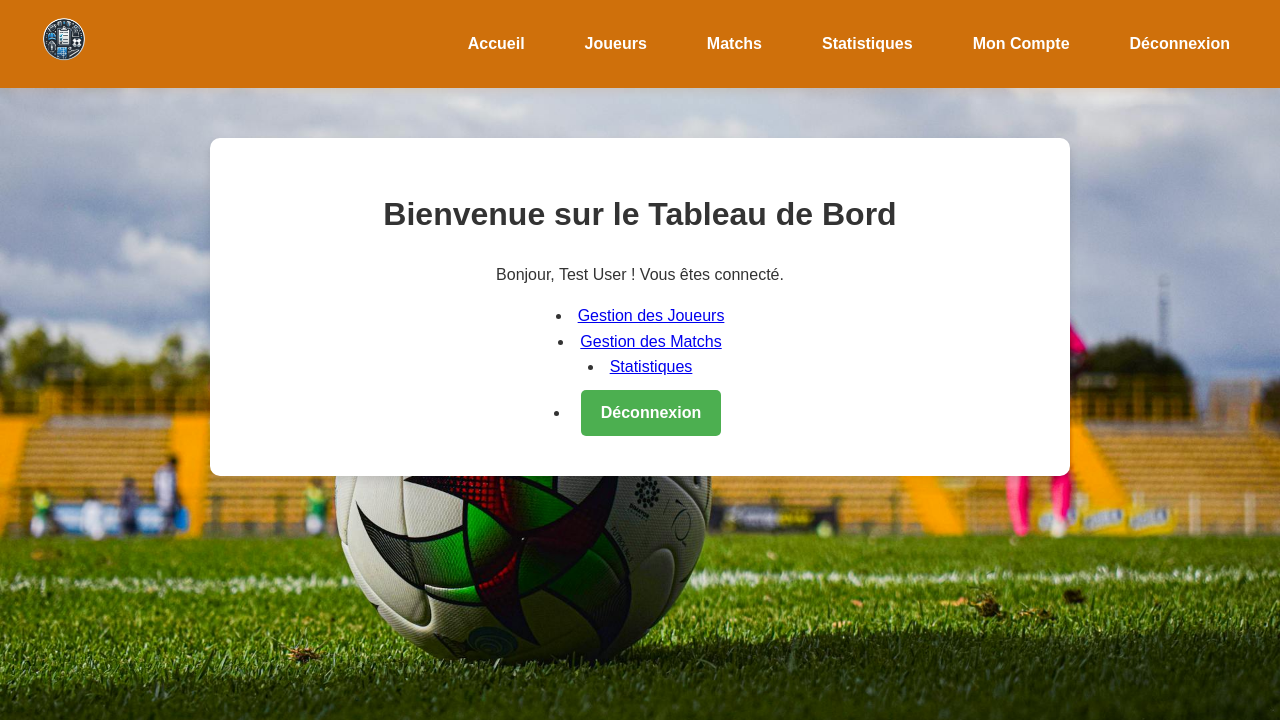
Repository: iisloomx/R401_MiniProjet
Page: http://localhost/views/dashboard.php
An editor plug-in stored every save of this project. The page is shown before and after the next save, followed by the edit.
The browser window is 1280 px wide. The pictures show the whole page.
The page is run by PHP 8.4 with error messages shown; the project is at /var/www/html/. The session is filled in as if someone had signed in: {"id_utilisateur": 1, "utilisateur": "Test User"}. Other server files are loaded and not shown.

Above is the page before, as saved 2025-01-19 04:25:39.

### views/dashboard.php
<?php
session_start(); // Démarrez la session au début du fichier

if (!isset($_SESSION['utilisateur'])) {
    header("Location: connexion.php");
    exit();
}

include 'header.php';
?>

<!DOCTYPE html>
<html lang="fr">

<head>
    <meta charset="UTF-8">
    <title>Tableau de Bord</title>
    <link rel="stylesheet" href="css/style.css">
</head>

<body>
    <div class="table-container">
        <div class="dashboard-container">
            <h1>Bienvenue sur le Tableau de Bord</h1>
            <?php if (isset($_SESSION['utilisateur'])) : ?>
                <p>Bonjour, <?= htmlspecialchars($_SESSION['utilisateur']); ?> ! Vous êtes connecté.</p>
            <?php else : ?>
                <p>Erreur : Utilisateur non connecté.</p>
            <?php endif; ?>


                    <li><a href="../controllers/JoueursController.php?action=liste">Gestion des Joueurs</a></li>
                    <li><a href="../controllers/MatchsController.php?action=liste">Gestion des Matchs</a></li>
                    <li><a href="../controllers/StatistiquesController.php?action=index">Statistiques</a></li> <!-- Nouveau bouton -->
                    <li><a href="../controllers/DeconnexionController.php" class="btn btn-add">Déconnexion</a></li>

        </div>
    </div>
</body>

</html>

<?php include 'footer.php'; ?>

### views/header.php
<!DOCTYPE html>
<html lang="fr">
<head>
    <meta charset="UTF-8">
    <title>Tableau de Bord</title>
    <link rel="stylesheet" href="/MiniprojetR3.01/views/css/style.css">

</head>
<body>
    <header class="main-header">
        <div class="logo">
            <a href="/MiniprojetR3.01/views/dashboard.php"><img src="../img/logo.PNG" alt="Logo" /></a>
        </div>

        <nav class="nav-links">
            <a href="/MiniprojetR3.01/views/dashboard.php">Accueil</a>
            <?php if (isset($_SESSION['utilisateur'])) : ?>

                    <a href="../controllers/JoueursController.php?action=liste">Joueurs</a>
                    <a href="../controllers/MatchsController.php?action=liste  ">Matchs</a>
                    <a href="../controllers/StatistiquesController.php?action=index">Statistiques</a>

                <a href="/MiniprojetR3.01/views/mon_compte.php" class="btn-account">Mon Compte</a>
                <a href="/MiniprojetR3.01/controllers/DeconnexionController.php" class="btn-logout">Déconnexion</a>
            <?php endif; ?>
        </nav>
    </header>
</body>
</html>

### views/css/style.css
/* Global Styles */
body {
    background: url('../img/BGROUND.jpg') no-repeat center center fixed;
    background-size: cover;
    font-family: Arial, sans-serif;
    margin: 0;
    padding: 0;
    line-height: 1.6;
    color: #333;
}

/* Header Styles */
.main-header {
    display: flex;
    align-items: center;
    justify-content: space-between;
    background-color: #cf700b;
    padding: 15px 30px;
    color: #fff;
    box-shadow: 0 4px 8px rgba(216, 117, 12, 0.1);
    position: sticky;
    top: 0;
    z-index: 1000;
}

.dropdown {
    position: relative;
    display: inline-block;
}

.dropdown-content {
    display: none;
    position: absolute;
    background-color: #f9f9f9;
    min-width: 160px;
    box-shadow: 0px 8px 16px 0px rgba(0,0,0,0.2);
    z-index: 1;
}

.dropdown-content a {
    color: black;
    padding: 12px 16px;
    text-decoration: none;
    display: block;
}



.logo img {
    height: 50px;
}

.nav-links {
    display: flex;
    align-items: center;
}

.nav-links a {
    color: #fff;
    text-decoration: none;
    font-weight: bold;
    margin-left: 20px;
    padding: 10px 20px;
    border-radius: 5px;
    transition: background-color 0.3s ease, color 0.3s ease, transform 0.2s ease;
}

.nav-links a:hover {
    background-color: #f4a261;
    color: #333;
    transform: scale(1.05);
}

.table-container {
    max-width: 800px;
    margin: 50px auto;
    background-color: #fff;
    padding: 30px;
    border-radius: 10px;
    box-shadow: 0 4px 8px rgba(0,0,0,0.1);
    text-align: center;
}

/* Container Styles */
.container {
    max-width: 800px;
    margin: 50px auto;
    padding: 30px;
    background-color: #fff;
    border-radius: 10px;
    box-shadow: 0 4px 8px rgba(0, 0, 0, 0.1);
    text-align: center;
}

/* Page Titles */
.container h1 {
    font-size: 32px;
    color: #333;
    margin-bottom: 20px;
}

/* --- AJOUT : Style du bouton "Ajouter un Match" --- */
.btn-add-match {
    display: inline-block;
    background-color: #4CAF50;
    color: #fff;
    font-weight: bold;
    text-decoration: none;
    padding: 10px 20px;
    border-radius: 5px;
    margin: 0 auto 20px auto;
    transition: background-color 0.3s ease, transform 0.2s ease;
}

.btn-add-match:hover {
    background-color: #45a049;
    transform: scale(1.05);
}

/* Pour forcer la couleur même si lien "visité" */
.btn-add-match:visited {
    color: #fff;
}

/* Forms */
form {
    width: 100%;
    max-width: 500px;
    margin: 0 auto;
    text-align: left;
}

form label {
    font-size: 16px;
    font-weight: bold;
    color: #555;
    display: block;
    margin-bottom: 5px;
}

form input[type="text"],
form input[type="number"],
form input[type="date"],
form input[type="password"],
form select {
    width: 100%;
    padding: 10px;
    margin-bottom: 20px;
    border: 1px solid #ccc;
    border-radius: 5px;
    font-size: 16px;
    transition: border-color 0.3s ease, box-shadow 0.3s ease;
}

form input[type="text"]:focus,
form input[type="number"]:focus,
form input[type="date"]:focus,
form input[type="password"]:focus {
    border-color: #4CAF50;
    box-shadow: 0 0 8px rgba(76, 175, 80, 0.5);
    outline: none;
}

form button {
    width: 100%;
    padding: 15px;
    background-color: #4CAF50;
    border: none;
    border-radius: 5px;
    color: white;
    font-size: 18px;
    font-weight: bold;
    cursor: pointer;
    transition: background-color 0.3s ease, transform 0.2s ease;
}

form button:hover {
    background-color: #45a049;
    transform: scale(1.05);
}


/* Table Styles */
.styled-table {
    width: 100%;
    border-collapse: collapse;
    margin-top: 20px;
    font-size: 16px;
    text-align: left; /* Changed from center to left */
    table-layout: fixed; /* Added to fix table layout */
}

.styled-table th,
.styled-table td {
    padding: 15px;
    border: 1px solid #ddd;
    word-wrap: break-word;
    white-space: normal;
}

.styled-table th {
    background-color: #f4a261;
    color: white;
    font-weight: bold;
}

.styled-table tr:nth-child(even) {
    background-color: #f9f9f9;
}

.styled-table tr:hover {
    background-color: #f1f1f1;
}

/* Links in Table */
.styled-table a {
    text-decoration: none;
    font-weight: bold;
    color: #fff;
    padding: 5px 10px;
    border-radius: 5px;
    transition: background-color 0.3s ease, color 0.3s ease, transform 0.2s ease;
}

.styled-table a:hover {
    background-color: #4CAF50;
    color: white;
    transform: scale(1.05);
}

/* Buttons for Add/Edit/Delete */
.btn {
    display: inline-block;
    padding: 10px 20px;
    font-size: 16px;
    font-weight: bold;
    color: white;
    text-decoration: none;
    border-radius: 5px;
    margin: 10px 5px;
    transition: background-color 0.3s ease, transform 0.2s ease;
}

.btn:hover {
    transform: scale(1.05);
}

.btn-add {
    background-color: #4CAF50; /* Green */
}

.btn-add:hover {
    background-color: #45a049;
}

.btn-add-commentaire {
    background-color: #4CAF50; /* Green */
}

.btn-add-commentaire:hover {
    background-color: #45a049;
}

.btn-add-joueur {
    background-color: #4CAF50; /* Green */
}

.btn-add-joueur:hover {
    background-color: #45a049;

.btn-feuille {
    background-color: #d6d65b; /* Green */
}

.btn-feuille:hover {
    background-color: #b2b24e; /* Green */
}

.btn-edit {
    background-color: #3498db; /* Blue */
}

.btn-edit:hover {
    background-color: #2980b9;
}

.btn-delete {
    background-color: #e74c3c; /* Red */
}

.btn-delete:hover .btn-deco {
    background-color: #c0392b;
}

.btn-back {
    background-color: #9b59b6; /* Purple */
}

.btn-back:hover {
    background-color: #8e44ad;
}


/* Footer Styles */
.main-footer {
    display: flex;
    align-items: center;
    justify-content: center;
    background-color: #cf700b;
    padding: 15px 30px;
    color: #fff;
    height: 60px;
    margin-top: 50px;
}

/* Footer Links */
.footer-links a {
    color: #fff;
    text-decoration: none;
    font-weight: bold;
}

.footer-links a:hover {
    text-decoration: underline;
}

/* Form Error Message */
.error-message {
    color: red;
    font-size: 16px;
    margin-bottom: 15px;
    text-align: center;
}

/* Responsive Styles */
@media (max-width: 600px) {
    .container {
        width: 90%;
        margin: 20px auto;
        padding: 20px;
    }

    .styled-table {
        font-size: 14px;
    }

    form input,
    form button {
        font-size: 14px;
    }
}

/* Link to Create Account */
.create-account-link {
    color: #4CAF50;
    font-weight: bold;
    text-decoration: none;
    margin-top: 20px;
    display: inline-block;
    transition: color 0.3s ease, transform 0.2s ease;
}

.create-account-link:hover {
    color: #45a049;
    text-decoration: underline;
    transform: scale(1.05);
}

.create-account-container {
    text-align: center;
    margin-top: 20px;
    font-size: 16px;
    color: #333;
}

.form-container h2 {
    font-size: 28px;
    margin-bottom: 20px;
    color: #333;
    text-align: center;
}

/* Dashboard Container */
.dashboard-container {
    text-align: center;
    margin-top: 50px;
    padding: 30px;
    background-color: #fff;
    border-radius: 10px;
    box-shadow: 0 4px 8px rgba(0, 0, 0, 0.1);
    max-width: 600px;
    margin-left: auto;
    margin-right: auto;
}

/* Dashboard Title */
.dashboard-container h1 {
    font-size: 32px;
    color: #333;
    margin-bottom: 20px;
}

/* Dashboard Paragraph */
.dashboard-container p {
    font-size: 18px;
    color: #555;
    margin-bottom: 30px;
}

/* Navigation Links */
.dashboard-container nav ul {
    list-style: none;
    padding: 0;
    margin: 0;
}

.dashboard-container nav ul li {
    margin: 10px 0;
}

.dashboard-container nav ul li a {
    display: inline-block;
    font-size: 18px;
    font-weight: bold;
    text-decoration: none;
    color: #fff;
    background-color: #4CAF50;
    padding: 10px 20px;
    border-radius: 5px;
    transition: background-color 0.3s ease, transform 0.2s ease;
}

.dashboard-container nav ul li a:hover {
    background-color: #45a049;
    transform: scale(1.05);
}

/* Déconnexion Button */
.dashboard-container nav ul li a.deconnexion {
    background-color: #e74c3c;
}

.dashboard-container nav ul li a.deconnexion:hover {
    background-color: #c0392b;
}

/* Styles pour les boutons radio et leurs labels */
.radio-group {
    display: flex;
    flex-wrap: wrap;
    gap: 10px;
    margin-top: 10px;
}

.radio-group label {
    display: inline-flex;
    align-items: center;
    font-size: 16px;
    color: #555;
    cursor: pointer;
    margin-right: 15px;
}

.radio-group input[type="radio"] {
    margin-right: 5px;
    cursor: pointer;
    width: 16px;
    height: 16px;
    vertical-align: middle;
}

.error-message {
    color: red;
    font-size: 14px;
    margin-top: 10px;
}

.success-message {
    color: green;
    font-size: 14px;
    margin-top: 10px;
}

.no-data {
    color: #555;
    font-size: 16px;
    margin-top: 20px;
}

}

Loaded but not shown: views/footer.php (common file)

After the next save:
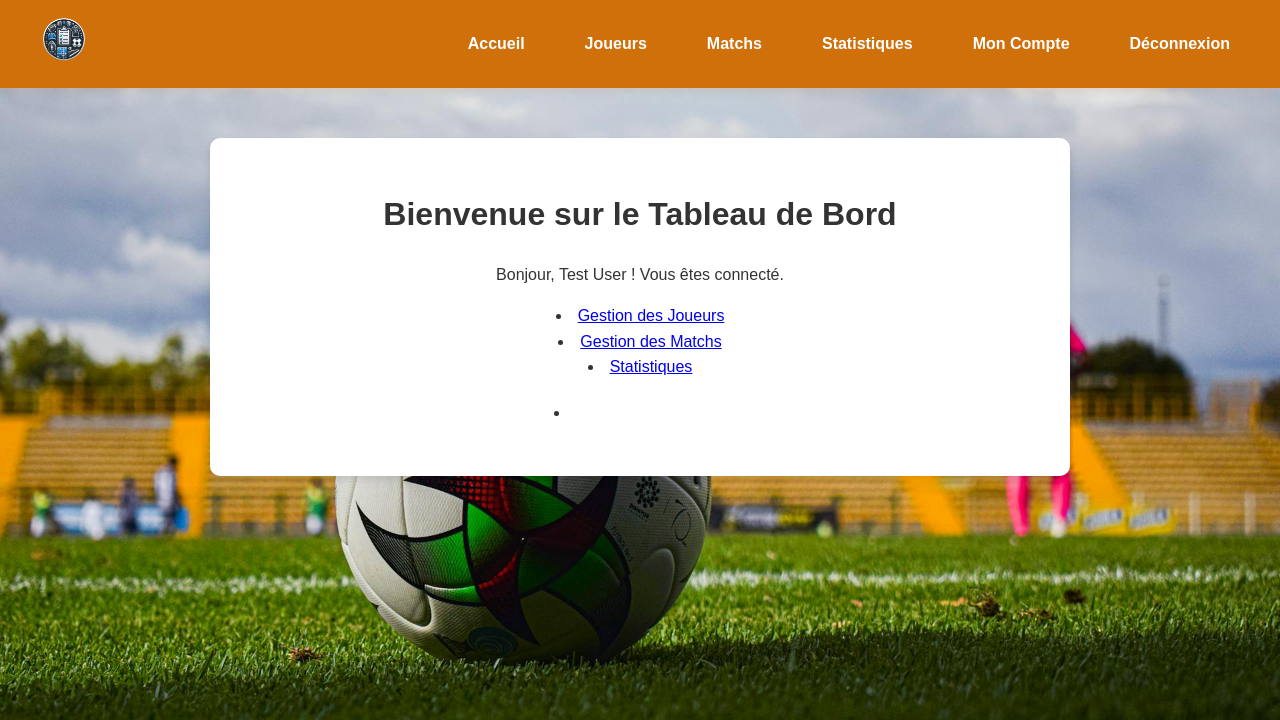
Saved 5 s later.
--- a/views/dashboard.php
+++ b/views/dashboard.php
@@ -32,7 +32,7 @@
                     <li><a href="../controllers/JoueursController.php?action=liste">Gestion des Joueurs</a></li>
                     <li><a href="../controllers/MatchsController.php?action=liste">Gestion des Matchs</a></li>
                     <li><a href="../controllers/StatistiquesController.php?action=index">Statistiques</a></li> <!-- Nouveau bouton -->
-                    <li><a href="../controllers/DeconnexionController.php" class="btn btn-add">Déconnexion</a></li>
+                    <li><a href="../controllers/DeconnexionController.php" class="btn btn-deco">Déconnexion</a></li>
 
         </div>
     </div>
